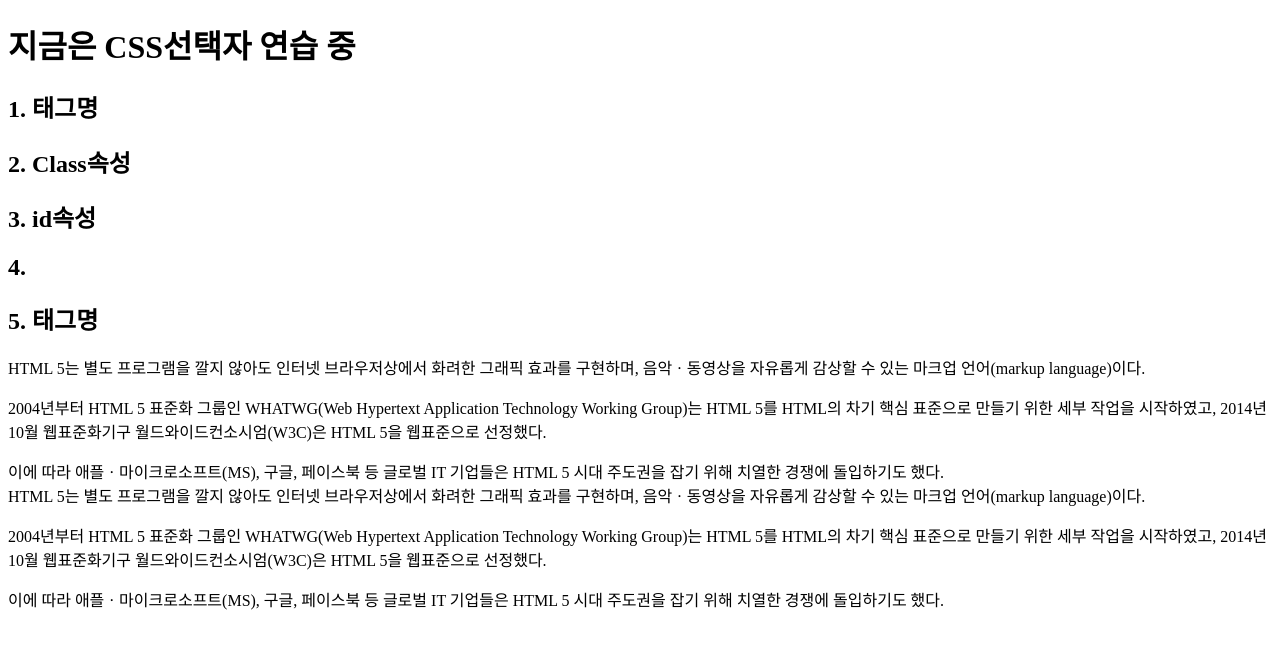
Repository: sonic247897/multicampus-web
Page: clientweb/WebContent/css/css_basic_test02.html
An editor plug-in stored every save of this project. The page is shown before and after the next save, followed by the edit.
The browser window is 1280 px wide. The pictures show the whole page.

Above is the page before, as saved 2020-01-03 01:10:27.

After the next save:
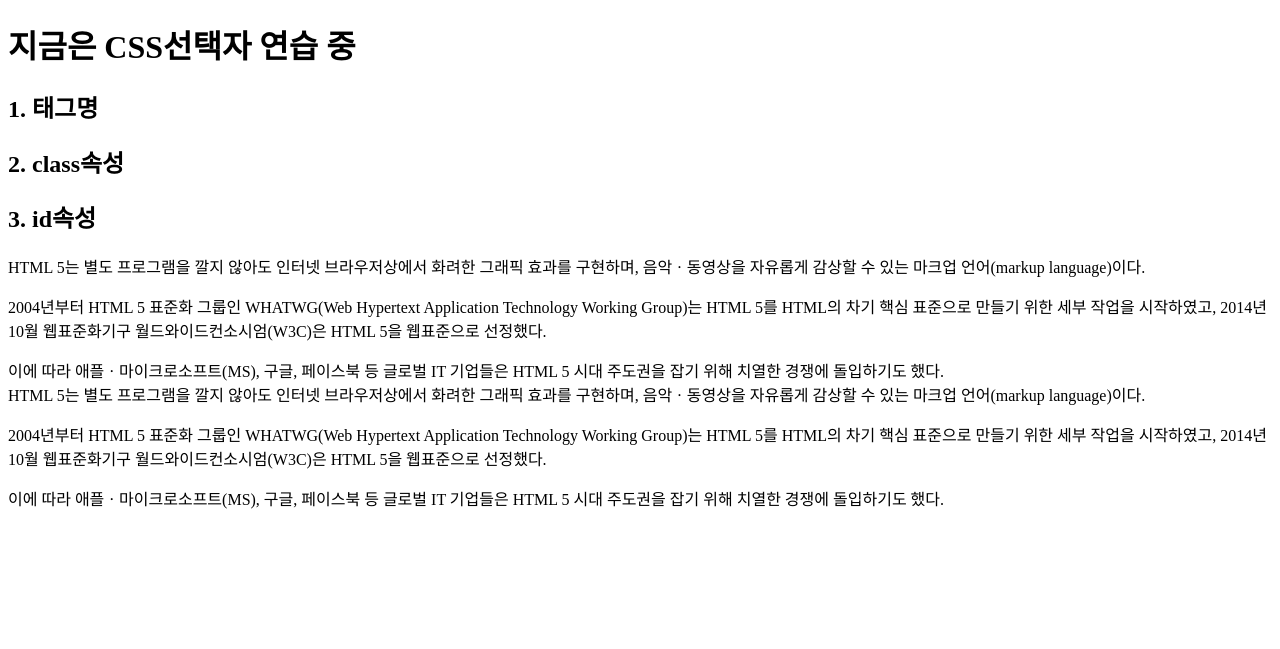
Saved 5 s later.
--- a/clientweb/WebContent/css/css_basic_test02.html
+++ b/clientweb/WebContent/css/css_basic_test02.html
@@ -7,10 +7,8 @@
 <body>
 	<h1>지금은 CSS선택자 연습 중</h1>
 	<h2>1. 태그명</h2>
-	<h2>2. Class속성</h2>
+	<h2>2. class속성</h2>
 	<h2>3. id속성</h2>
-	<h2>4. </h2>
-	<h2>5. 태그명</h2>
 	<div class="myclass">
 		HTML 5는 별도 프로그램을 깔지 않아도 인터넷 브라우저상에서 화려한 그래픽 효과를
 		구현하며, 음악ㆍ동영상을 자유롭게 감상할 수 있는 마크업 언어(markup language)이다.
